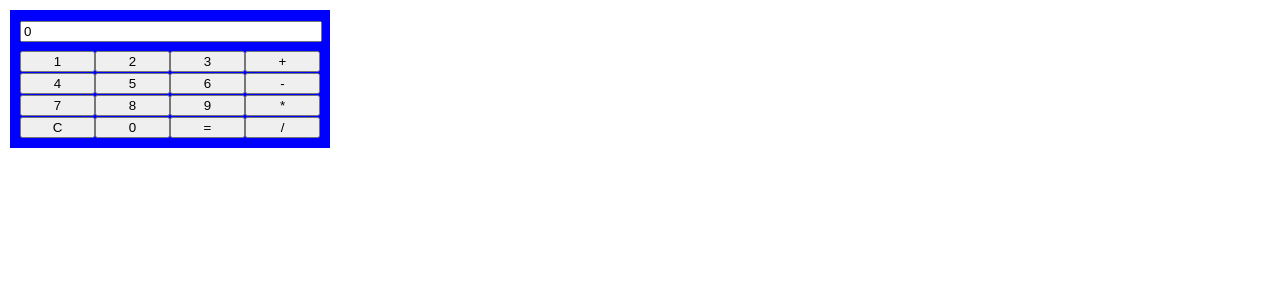
Repository: qudos4real/calculator
Page: /
These files come from the project's save history. The page is drawn as it stood at one moment and after the next save; the edit follows.
The browser window is 1280 px wide. The pictures show the whole page.
The project was rebuilt for these pictures with package versions that can differ from the ones it lists, and the page was loaded fresh each time.

Above is the page before, as saved 2022-10-09 13:08:54.

After the next save:
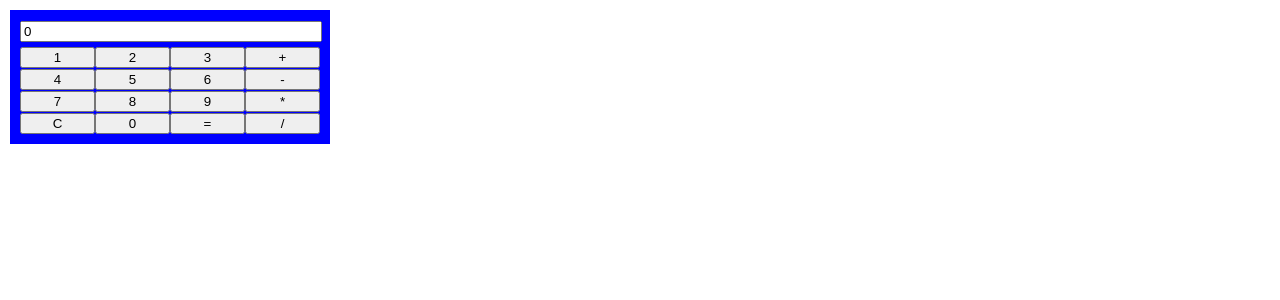
Saved 4 s later.
--- a/src/components/Calculator.css
+++ b/src/components/Calculator.css
@@ -9,5 +9,5 @@
 }
 .screen {
     width: 98%;
-    margin-bottom: 0.5rem;
+    margin-bottom: 0.25rem;
 }
